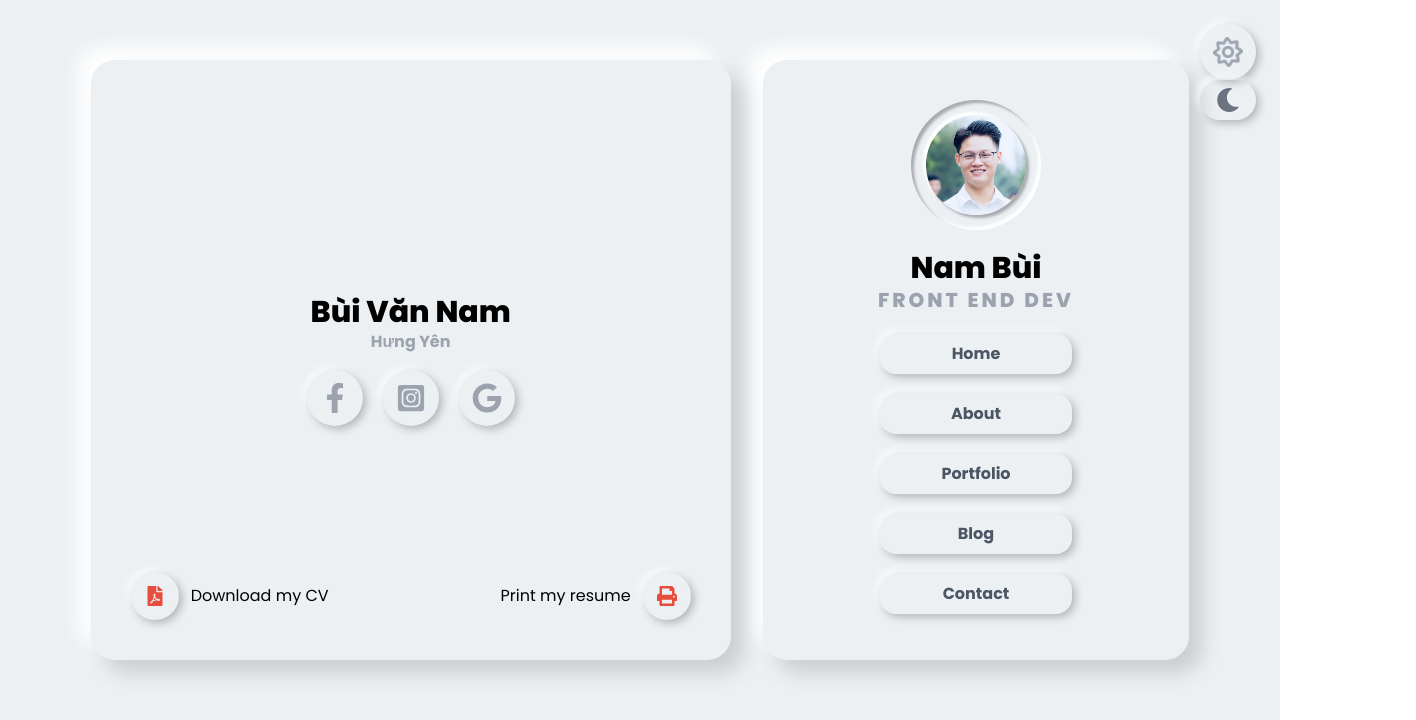
Repository: nambui98/Profile
Page: /
The author's editor kept a copy of each file at every save. The page is drawn from the files as they stood at one save, then again after the next save.
The browser window is 1280 px wide. The page is 1280 px wide, then 1416 px, so the pictures cover 1416 px, including what lies to the right of the window. The pictures show the whole page.
Pictures or frames that could not be fetched are drawn as grey boxes. The project was rebuilt for these pictures with package versions that can differ from the ones it lists, and the page was loaded fresh each time. Also part of the build but not shown: craco.config.js. Imported but missing from the stored project, and not drawn on this page: src/containers/ThemeToggle.

Above is the page before, as saved 2021-10-25 19:31:26.

### src/index.js
import React from 'react';
import ReactDOM from 'react-dom';
import './index.scss';
import App from './App';
import reportWebVitals from './reportWebVitals';
import { ThemeProvider } from './containers/ThemeContext';
import Background from './containers/Background';
import Toggle from './containers/ThemeToggle';
import Setting from './containers/setting';

ReactDOM.render(
  <React.StrictMode>
    <ThemeProvider>
      <Background>
        <div className="absolute right-0 top-0 mr-4 mt-4 md:mr-6 md:mt-6">
          <Setting />
        </div>

        <App />
      </Background>
    </ThemeProvider>
  </React.StrictMode>,
  document.getElementById('root')
);

// If you want to start measuring performance in your app, pass a function
// to log results (for example: reportWebVitals(console.log))
// or send to an analytics endpoint. Learn more: https://bit.ly/CRA-vitals
reportWebVitals();

### src/index.scss
@tailwind base;
@tailwind components;
@tailwind utilities;
@import url('https://fonts.googleapis.com/css2?family=Poppins:wght@100;200;300;400;500;600;700;800;900&display=swap');
* {
    padding: 0;
    margin: 0;
}
.bg-app{
    background-color: #ecf0f3;
}
.btn-shadow{
    box-shadow: 3px 3px 8px #b1b1b1,
                -3px -3px 8px #fff;
    // width: 50px;
    // height: 50px;
    cursor: pointer;
    position: relative;
    display: flex;
    justify-content: center;
    align-items: center;
    svg{
        transition: all 0.3s ease-in-out;
    }
    &::after{
        content: '';
        transition: opacity 0.3s ease-in-out;
        position: absolute;
        right: 0;
        top: 0;
        z-index: 2;
        width: 100%;
        height: 100%;
        opacity: 0;
        border-radius: inherit;
        box-shadow:inset 3px 3px 8px #b1b1b1,
                inset -3px -3px 8px #fff;

    }
    &:hover{
        box-shadow:none;
        &::after{
            opacity: 1;
        }
        svg{
            fill: #e74c3c;
        }
    }
}
.btn-shadow-darklight{
    box-shadow: 3px 3px 8px #b1b1b1,
                -3px -3px 8px #fff;
    // width: 50px;
    // height: 50px;
    cursor: pointer;
    position: relative;
    display: flex;
    justify-content: center;
    align-items: center;
    transition: all 0.3s ease-in-out;
    svg{
        transition: all 0.3s ease-in-out;
    }
    &::after{
        content: '';
        position: absolute;
        right: 0;
        top: 0;
        z-index: 2;
        width: 100%;
        height: 100%;
        opacity: 0;
        border-radius: 50%;
        box-shadow:inset 3px 3px 8px #b1b1b1,
                inset -3px -3px 8px #fff;

    }
    &:hover{
        box-shadow:none;
        &::after{
            opacity: 1;
        }
        svg{
            &.light{

                fill: #FCD34D;
            }
            &.dark{
                fill: #000;

            }
        }
    }
}
.wrap-avatar{
    display: flex;
    align-items: center;
    justify-content: center;
    width: 130px;
    height: 130px;
    border: none;
    border-radius: 50%;
    margin: 0 auto;
    box-shadow:
    inset 3px 3px 3px #a7aaaf,
    /* top left */
    inset -3px -3px 3px #fff;
    .avatar{
        position: relative;
        // margin: 30px;
        width: 100px;
        height: 100px;
        img{
            position: absolute;
            top: 0;
            left: 0;
            height: 100%;
            width: 100%;
            object-fit: cover;
            border-radius: 50%;
            box-shadow:
            3px 3px 3px #a7aaaf,
            -3px -3px 3px #fff
        }
    }
}

### src/App.js
import './App.css';
import './index.scss';
import { FaFacebookF, FaFilePdf, FaGoogle, FaInstagram, FaInstagramSquare, FaPrint, FaRegSun } from "react-icons/fa";
import avatar from './assets/img/Logo.jpg'
const colors = require('tailwindcss/colors')
console.log(colors.amber[300]);
function App() {
    return (

        <div className="App">
            <div className="flex h-screen w-screen items-center justify-center">
                <div className="flex w-full items-start justify-center" style={{ height: "600px" }}>
                    <div className="relative rounded-3xl md:w-6/12 sm:w-10/12 p-6 h-full mx-4 bg-app shadow flex justify-center items-center flex-col">
                        <h1 className="text-black dark:text-white text-3xl text-center font-extrabold">Bùi Văn Nam</h1>
                        <p className="text-gray-400 dark:text-white tracking-widest font-bold">Hưng Yên</p>
                        <div className="flex mt-4">
                            <button className="btn-shadow rounded-full text-center w-14 h-14"><FaFacebookF className="text-3xl" fill={colors.coolGray[400]} /></button>
                            <button className="btn-shadow rounded-full text-center w-14 h-14 mx-5"><FaInstagramSquare className="text-3xl" fill={colors.coolGray[400]} /></button>
                            <button className="btn-shadow rounded-full text-center w-14 h-14"><FaGoogle className="text-3xl" fill={colors.coolGray[400]} /></button>
                        </div>
                        <div className="absolute bottom-10 2xl:right-20 2xl:left-20 md:right-10 md:left-10 flex items-center justify-between">
                            <span className="flex items-center"><button className="btn-shadow rounded-full text-center w-12 h-12"><FaFilePdf className="text-xl" fill={"#e74c3c"} /></button><span className="ml-3">Download my CV</span></span>
                            <span className="flex flex-row-reverse items-center"><button className="btn-shadow rounded-full text-center w-12 h-12"><FaPrint className="text-xl" fill={"#e74c3c"} /></button><span className="mr-3">Print my resume</span></span>
                        </div>
                    </div>
                    <div className="rounded-3xl w-4/12 md:flex sm:hidden h-full mx-4 bg-app shadow flex items-center flex-col py-10 px-6">
                        <div className="wrap-avatar">
                            <div class="avatar">
                                <img src={avatar} alt="" />
                            </div>
                        </div>
                        <h1 className="text-black dark:text-white font-extrabold tracking-widest text-3xl mt-5">Nam Bùi</h1>
                        <h1 className="text-gray-400 dark:text-white font-extrabold tracking-max text-xl">FRONT END DEV</h1>
                        <ul>
                            <li className="text-gray-600 dark:text-white font-bold btn-shadow w-48 h-10 rounded-2xl mt-5">Home</li>
                            <li className="text-gray-600 dark:text-white font-bold btn-shadow w-48 h-10 rounded-2xl mt-5">About</li>
                            <li className="text-gray-600 dark:text-white font-bold btn-shadow w-48 h-10 rounded-2xl mt-5">Portfolio</li>
                            <li className="text-gray-600 dark:text-white font-bold btn-shadow w-48 h-10 rounded-2xl mt-5">Blog</li>
                            <li className="text-gray-600 dark:text-white font-bold btn-shadow w-48 h-10 rounded-2xl mt-5">Contact</li>
                        </ul>
                    </div>

                </div>
            </div>
        </div >
    );
}

export default App;

### src/containers/ThemeContext/index.jsx
import React from 'react';

const getInitialTheme = () => {
    if (typeof window !== 'undefined' && window.localStorage) {
        const storedPrefs = window.localStorage.getItem('color-theme');
        if (typeof storedPrefs === 'string') {
            return storedPrefs;
        }

        const userMedia = window.matchMedia('(prefers-color-scheme: dark)');
        if (userMedia.matches) {
            return 'dark';
        }
    }

   return 'light' // light theme as the default;
};

export const ThemeContext = React.createContext();

export const ThemeProvider = ({ initialTheme, children }) => {
    const [theme, setTheme] = React.useState(getInitialTheme);

    const rawSetTheme = (rawTheme) => {
        const root = window.document.documentElement;
        const isDark = rawTheme === 'dark';

        root.classList.remove(isDark ? 'light' : 'dark');
        root.classList.add(rawTheme);

        localStorage.setItem('color-theme', rawTheme);
    };

    if (initialTheme) {
        rawSetTheme(initialTheme);
    }

    React.useEffect(() => {
        rawSetTheme(theme);
    }, [theme]);

    return (
        <ThemeContext.Provider value={{ theme, setTheme }}>
            {children}
        </ThemeContext.Provider>
    );
};

### src/containers/Background/index.jsx
import React from 'react';

const Background = ( { children } ) =>
{
    return (
        <body className="bg-app dark:bg-black transition-all">
            {children}
        </body>
    )
}

export default Background;

### src/containers/setting/index.jsx
import React from 'react'
import { FaMoon, FaRegSun, FaSun } from 'react-icons/fa'
import colors from 'tailwindcss/colors'
import { ThemeContext } from '../ThemeContext';

export default function Setting() {
    const { theme, setTheme } = React.useContext(ThemeContext);
    return (
        <div>
            <button className="btn-shadow rounded-full text-center w-14 h-14">
                <FaRegSun class="animate-spin duration-1000 text-3xl" style={{ animationDuration: "2s" }} fill={colors.coolGray[400]} />
            </button>
            <div className="transition btn-shadow-darklight duration-500 ease-in-out rounded-full p-2" onClick={() => setTheme(theme === 'dark' ? 'light' : 'dark')}>
            {theme === 'dark' ? (
                <FaSun
                    className="text-gray-500 dark:text-gray-400 text-2xl cursor-pointer dark"
                />
            ) : (
                    <FaMoon
                        className="text-gray-500 dark:text-gray-400 text-2xl cursor-pointer light"
                    />
                )}
        </div>
        </div>
    )
}

### tailwind.config.js
module.exports = {
  purge: ['./src/**/*.{js,jsx,ts,tsx}', './public/index.html'],
  darkMode: 'class', // or 'media' or 'class'
  theme: {
    extend: {},
    fontFamily: {
      sans: ['Poppins', 'sans-serif'],
      serif: ['Merriweather', 'serif'],
    },
    boxShadow: {
      DEFAULT: '13px 13px 20px #cbced1, -13px -13px 20px #fff',
    },
    letterSpacing: {
      max: '3px'
    }
  },
  variants: {
    extend: {},
  },
  plugins: [],
}

### src/containers/Setting/index.jsx
import React, { useState } from 'react'
import { FaMoon, FaRegSun, FaSun } from 'react-icons/fa'
import colors from 'tailwindcss/colors'
import { ThemeContext } from '../ThemeContext';
import vietnamimg from '../../assets/img/vietnam.png'
import usaimg from '../../assets/img/united-states.png'
export default function Setting() {
    const { theme, setTheme } = React.useContext(ThemeContext);
    const [active, setActive] = useState(false)
    return (<div className={`relative transform duration-500 ${active?"translate-x-0":"translate-x-40"}`}>
            <button className="btn-shadow setting -left-56 top-8 rounded-full text-center w-10 h-10" onClick={()=>setActive(!active)}>
                <FaRegSun class="animate-spin duration-1000 text-3xl" style={{ animationDuration: "2s" }} fill={colors.coolGray[400]} />
            </button>
        <div className={`absolute top-0 right-0 rounded-3xl flex justify-between p-7 shadow `} >
            {/* <div className={`absolute `}> */}

                <button className="mr-2 btn-shadow-darklight btn-setting rounded-full text-center w-12 h-12" onClick={() => setTheme(theme === 'dark' ? 'light' : 'dark')}>
                {theme === 'dark' ? (
                    <FaSun
                        className="text-gray-500 dark:text-gray-400 text-2xl cursor-pointer dark"
                    />
                ) : (
                        <FaMoon
                            className="text-gray-500 dark:text-gray-400 text-2xl cursor-pointer light"
                        />
                    )}
                </button>
                <button className="ml-2 btn-setting rounded-full text-center w-12 h-12">
                    <img src={vietnamimg} alt=""/>
                    {/* <FaRegSun class="animate-spin duration-1000 text-3xl" style={{ animationDuration: "2s" }} fill={colors.coolGray[400]} /> */}
                </button>
            {/* </div> */}
        </div>
        </div>
    )
}

Loaded but not shown: public/index.html (common file); src/reportWebVitals.js (common file); src/App.css (common file)

After the next save:
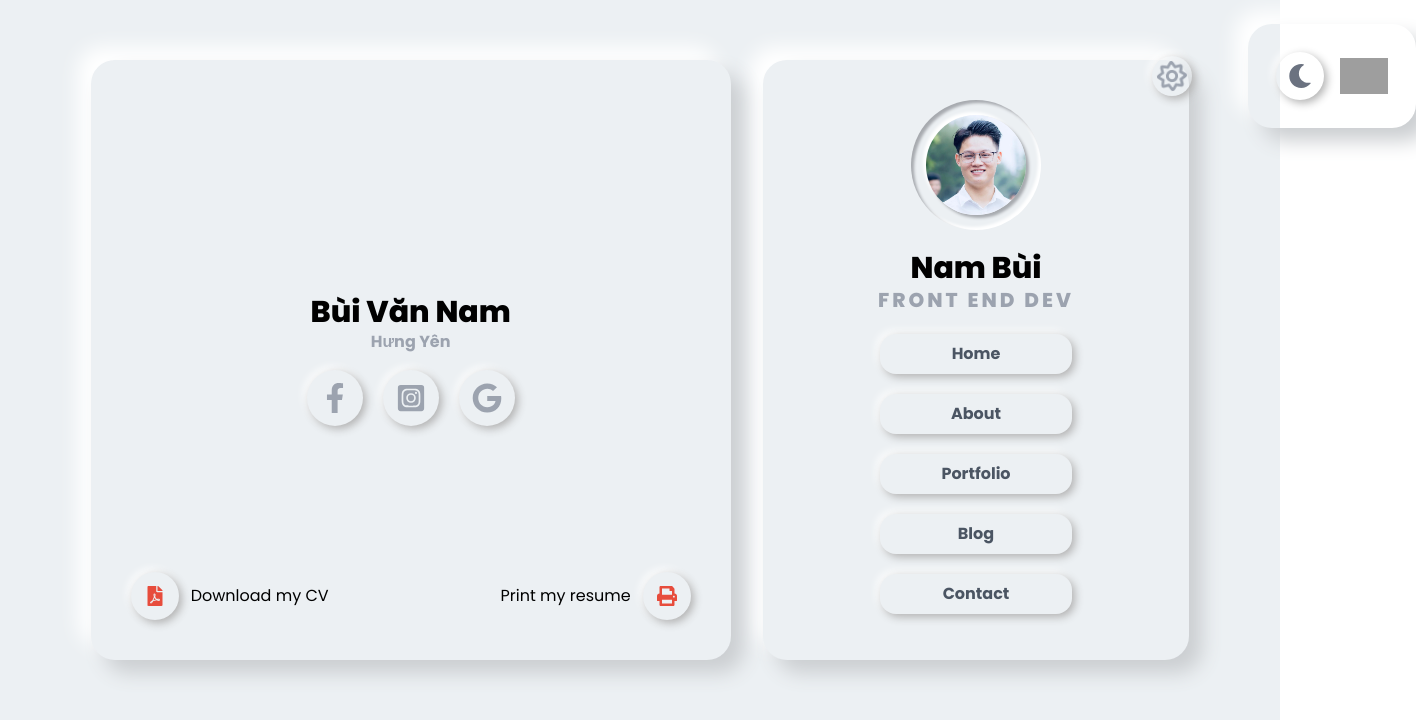
Saved 39 s later.
--- a/src/index.js
+++ b/src/index.js
@@ -6,7 +6,7 @@ import reportWebVitals from './reportWebVitals';
 import { ThemeProvider } from './containers/ThemeContext';
 import Background from './containers/Background';
 import Toggle from './containers/ThemeToggle';
-import Setting from './containers/setting';
+import Setting from './containers/Setting';
 
 ReactDOM.render(
   <React.StrictMode>
